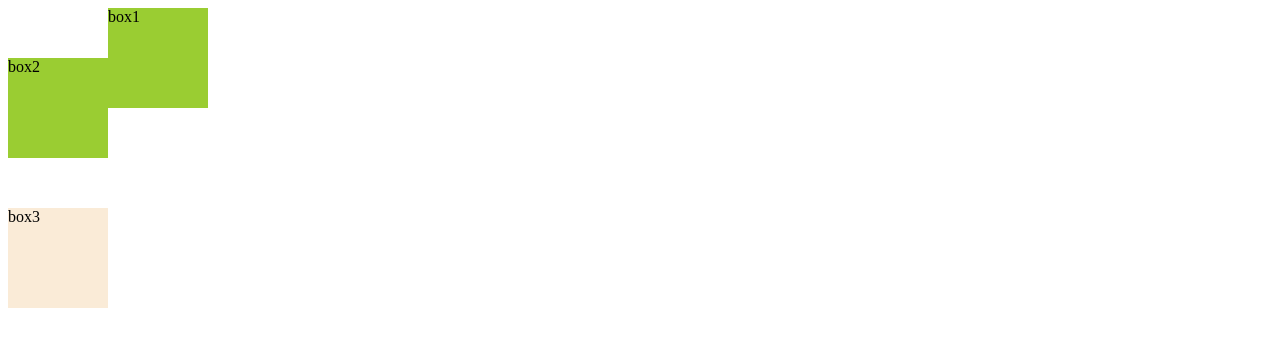
Repository: northpx/animation
Page: index.html
These files come from the project's save history. The page is drawn as it stood at one moment and after the next save; the edit follows.
The browser window is 1280 px wide. The pictures show the whole page.

Above is the page before, as saved 2022-12-19 19:21:52.

After the next save:
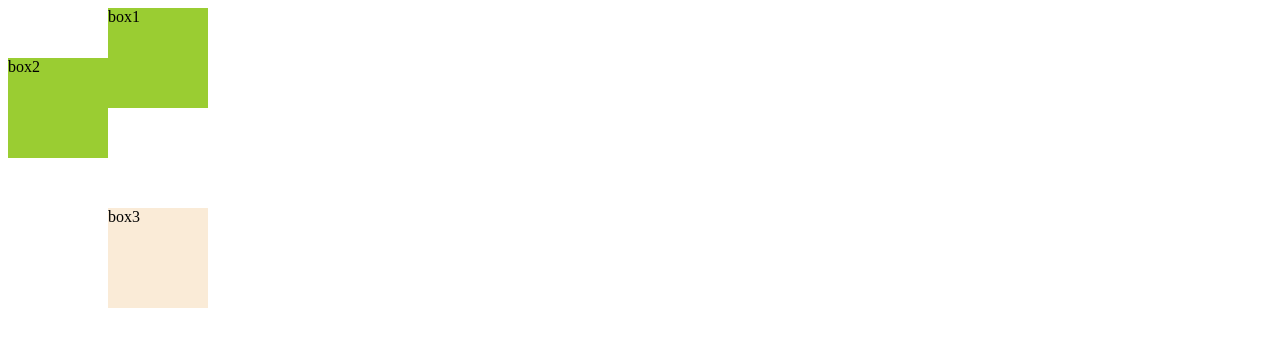
Saved 7 s later.
--- a/style.css
+++ b/style.css
@@ -36,5 +36,5 @@
     width: 100px;
     height: 100px;
     background-color: antiquewhite;
-    transform: translate();
+    transform: translate(100px);
 }
